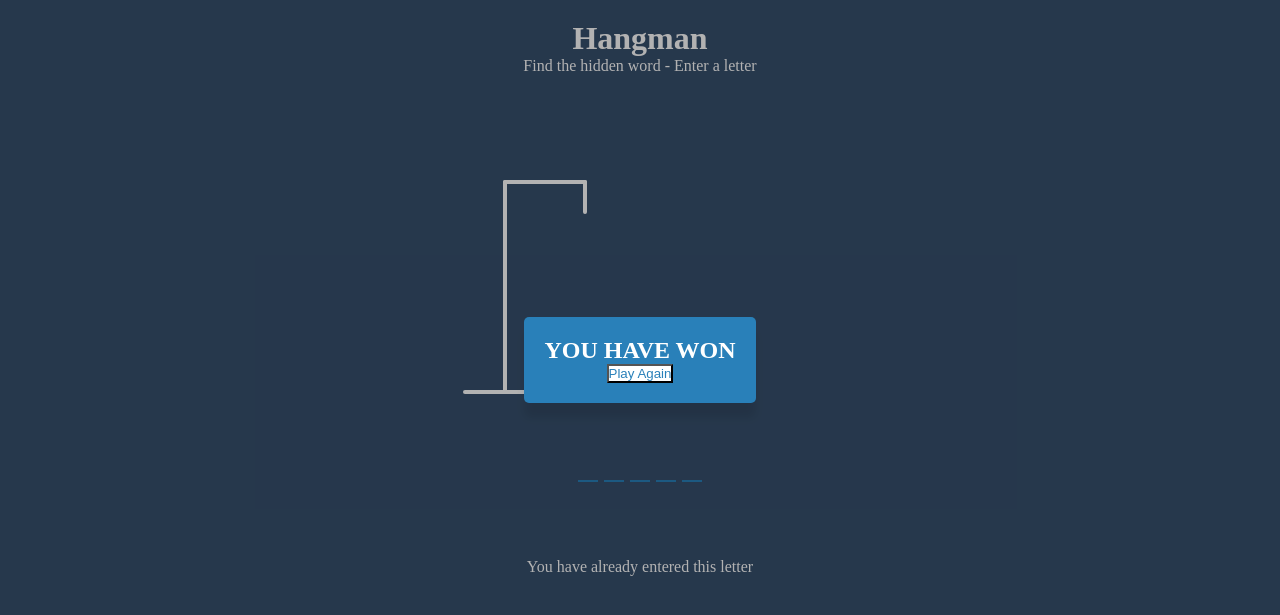
Repository: CAMPSLOPY/HangMan
Page: index.html
These files come from the project's save history. The page is drawn as it stood at one moment and after a run of saves; the edit follows.
The browser window is 1280 px wide. The pictures show the whole page.
Some web fonts or font styles are not loaded; a fallback is used.

Above is the page before, as saved 2021-01-26 15:44:05.

### index.html
<!DOCTYPE html>
<html lang="en">
  <head>
    <meta charset="UTF-8" />
    <meta name="viewport" content="width=device-width, initial-scale=1.0" />
    <meta http-equiv="X-UA-Compatible" content="ie=edge" />
    <meta
      name="description"
      content="This is a  puzzle Game that is created with Vanilla JS.
      The game is centered around the use of letters to save a man from dying"
    />
    <meta name="robots" content="index,follow" />
    <link rel="icon" href="/video-game-gamepad.svg" />
    <link rel="stylesheet" href="/styles.css" />
    <title>HangMan</title>
  </head>
  <body>
    <h1>Hangman</h1>
    <p>Find the hidden word - Enter a letter</p>
    <div class="game-container">
      <svg height="250" width="200" class="figure-container">
        <!-- Rod -->
        <line x1="60" y1="20" x2="140" y2="20" />
        <line x1="140" y1="20" x2="140" y2="50" />
        <line x1="60" y1="20" x2="60" y2="230" />
        <line x1="20" y1="230" x2="100" y2="230" />

        <!-- Head -->
        <circle cx="140" cy="70" r="20" class="figure-part" />
        <!-- Body -->
        <line x1="140" y1="90" x2="140" y2="150" class="figure-part" />
        <!-- Arms -->
        <line x1="140" y1="120" x2="120" y2="100" class="figure-part" />
        <line x1="140" y1="120" x2="160" y2="100" class="figure-part" />
        <!-- Legs -->
        <line x1="140" y1="150" x2="120" y2="180" class="figure-part" />
        <line x1="140" y1="150" x2="160" y2="180" class="figure-part" />
      </svg>

      <div class="wrong-letters-container">
        <div id="wrong-letters"></div>
      </div>

      <div class="word" id="word">
        <div class="letter"></div>
        <div class="letter"></div>
        <div class="letter"></div>
        <div class="letter"></div>
        <div class="letter"></div>
      </div>
    </div>

    <!-- Container for final message -->
    <div class="popup-container" id="popup-container">
      <div class="popup">
        <h2 id="final-message">YOU HAVE WON</h2>
        <button id="play-button">Play Again</button>
      </div>
    </div>

    <!-- Notification -->
    <div class="notification-container" id="notification-container">
      <p>You have already entered this letter</p>
    </div>
    <script src="/app.js"></script>
  </body>
</html>

### styles.css
@import url("https://fonts.googleapis.com/css2?family=Hachi+Maru+Pop&display=swap");
* {
  margin: 0;
  padding: 0;
  box-sizing: border-box;
}
body {
  background-color: hsl(212, 33%, 32%);
  color: #fff;
  display: flex;
  flex-direction: column;
  align-items: center;
  min-height: 80vh;
  overflow: hidden;
  margin: 0;
  font-family: "Hachi Maru Pop", cursive;
}
h1 {
  padding: 20px 0 0;
}
.game-container {
  padding: 20px 30px;
  position: relative;
  margin: auto;
  height: 350px;
  width: 450px;
}
.figure-container {
  fill: transparent;
  stroke-width: 4px;
  stroke: #fff;
  stroke-linecap: round;
}
.figure-part {
  display: none;
}

.wrong-letters-container {
  position: absolute;
  top: 20px;
  right: 20px;
  display: flex;
  flex-direction: column;
  text-align: right;
}
.wrong-letters-container p {
  margin: 0 0 5px;
}
.wrong-letters-container span {
  font-size: 24px;
}

.word {
  display: flex;
  position: absolute;
  bottom: 10px;
  left: 50%;
  transform: translateX(-50%);
}

.letter {
  border-bottom: 2px solid #2980b9;
  display: inline-flex;
  font-size: 30px;
  align-items: center;
  justify-content: center;
  margin: 0 3px;
  height: 50px;
  width: 20px;
}
.popup-container {
  background-color: rgba(0, 0, 0, 0.3);
  position: fixed;
  top: 0;
  left: 0;
  right: 0;
  bottom: 0;
  display: flex;
  /* display: none; */
  align-items: center;
  justify-content: center;
}

.popup {
  background-color: #2980b9;
  border-radius: 5px;
  box-shadow: 0 15px 10px rgba(0, 0, 0, 0.1);
  padding: 20px;
  text-align: center;
}

.popup button{
  cursor: pointer;
  background-color: #fff;
  color: #2980b9;
  margin
}

Loaded but not shown: app.js (no copy from this time; the picture is the same without it)

After the next 2 saves:
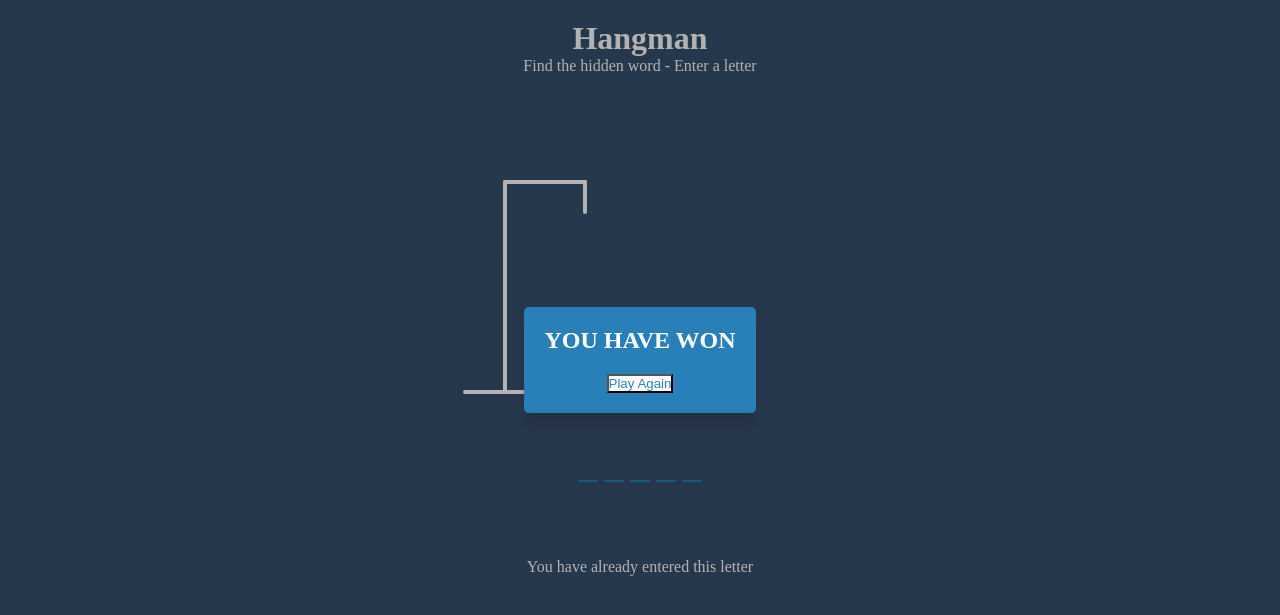
The 2 saves are shown as one change because they came seconds apart.
The last was saved 8 s later.
--- a/styles.css
+++ b/styles.css
@@ -93,5 +93,5 @@ h1 {
   cursor: pointer;
   background-color: #fff;
   color: #2980b9;
-  margin
+  margin-top: 20px;
 }
